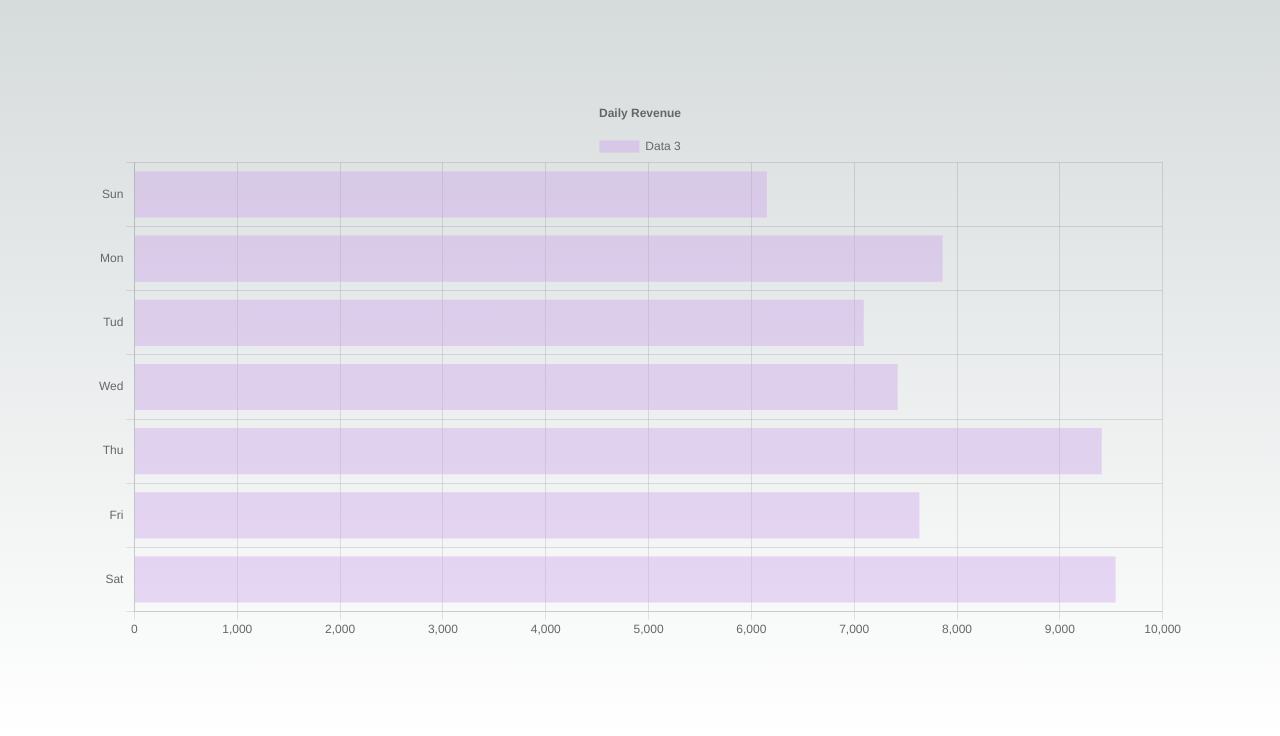
Repository: klee616/exercise-5
Page: /
An editor plug-in stored every save of this project. The page is shown before and after the next save, followed by the edit.
The browser window is 1280 px wide. The pictures show the whole page.
The project was rebuilt for these pictures with package versions that can differ from the ones it lists, and the page was loaded fresh each time. The framework's server and built-in components were replaced by stand-ins that run in the browser. Also part of the build but not shown: next.config.mjs, components/VerticalChart/index.js.

Above is the page before, as saved 2024-04-15 10:27:02.

After the next save:
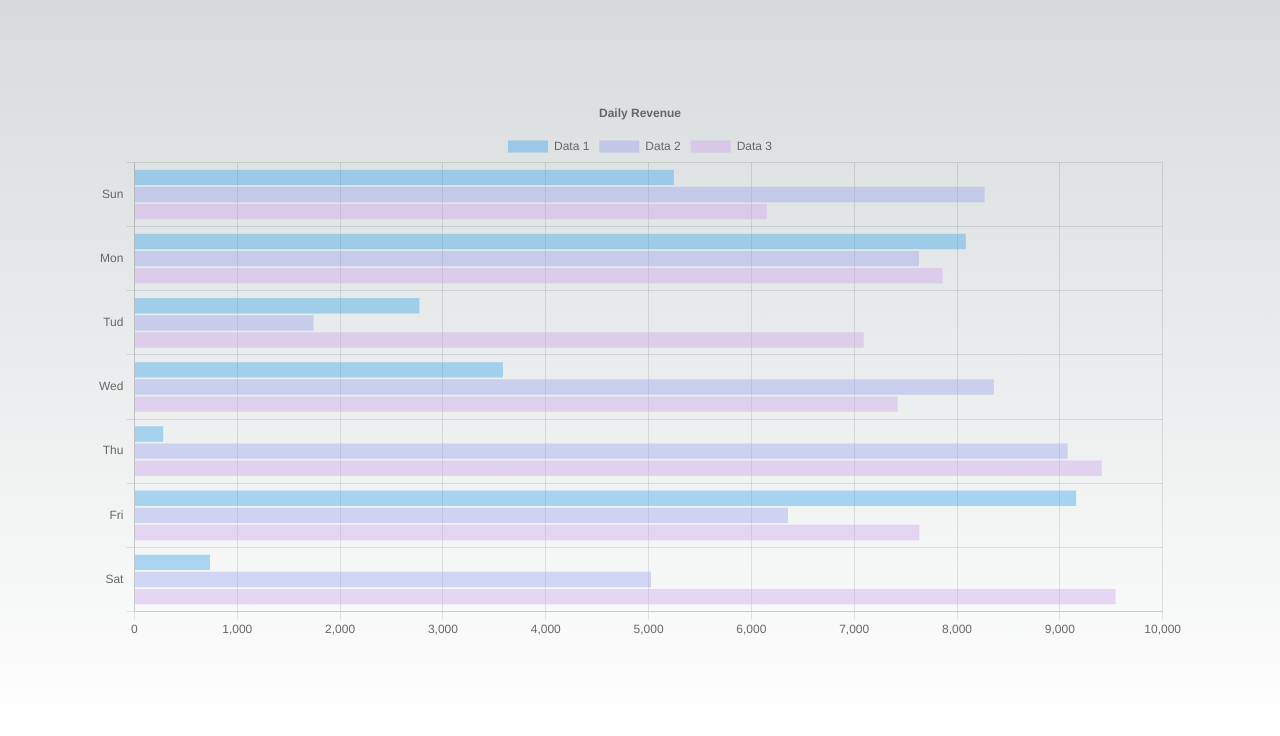
Saved 60 s later.
--- a/components/HorizontalChart/index.js
+++ b/components/HorizontalChart/index.js
@@ -21,14 +21,13 @@ export default function HorizontalChart() {
                 data: [Math.random() * 10000, Math.random() * 10000, Math.random() * 10000, Math.random() * 10000, Math.random() * 10000, Math.random() * 10000, Math.random() * 10000],
                 borderColor: 'rgb(53, 162, 235)',
                 backgroundColor: 'rgba(53, 162, 235, 0.4)',
-            }],
-            datasets: [{
+            },
+            {
                 label: 'Data 2',
                 data: [Math.random() * 10000, Math.random() * 10000, Math.random() * 10000, Math.random() * 10000, Math.random() * 10000, Math.random() * 10000, Math.random() * 10000],
                 borderColor: 'rgb(150, 162, 235)',
                 backgroundColor: 'rgba(150, 162, 235, 0.4)',
-            }],
-            datasets: [{
+            },{
                 label: 'Data 3',
                 data: [Math.random() * 10000, Math.random() * 10000, Math.random() * 10000, Math.random() * 10000, Math.random() * 10000, Math.random() * 10000, Math.random() * 10000],
                 borderColor: 'rgb(203, 162, 235)',
